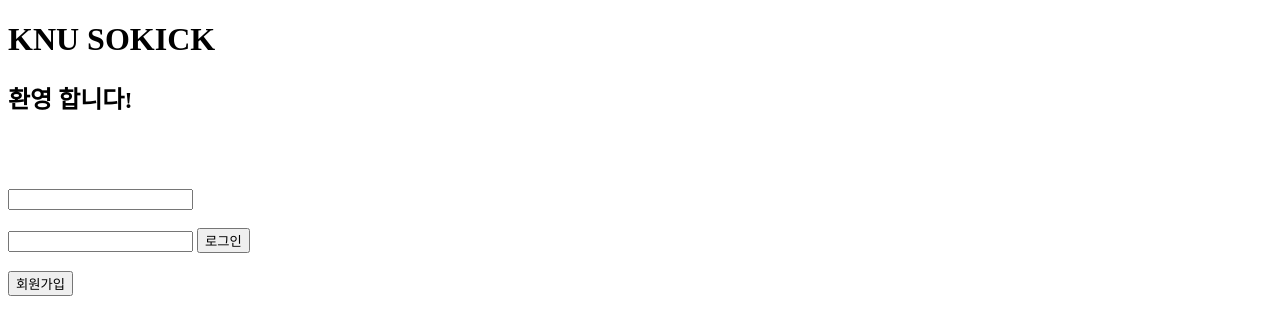
Repository: sangmin95/DB_sokick
Page: http://localhost/SoKick/Login.jsp
An editor plug-in stored every save of this project. The page is shown before and after the next save, followed by the edit.
The browser window is 1280 px wide. The pictures show the whole page.
The page is served by Tomcat 9.

Above is the page before, as saved 2018-12-18 13:10:46.

### SoKick/SoKick/WebContent/Login.jsp
<%@ page language="java"
    contentType="text/html; charset=EUC-KR"
    pageEncoding="EUC-KR"%>
<%
    request.setCharacterEncoding("EUC-KR");
%>
<!DOCTYPE html PUBLIC "-//W3C//DTD HTML 4.01 Transitional//EN" "http://www.w3.org/TR/html4/loose.dtd">
<html>
<head>
<meta http-equiv="Content-Type" content="text/html; charset=EUC-KR">
<title> Login </title>
</head>
<body>

    <%
        // 현재 로그인된 아이디가 없다면 (= session에 저장된 id가 없다면)
        if(session.getAttribute("sid") == null) {
            %>
            <h1> KNU SOKICK </h1>
            <%
            if(session.getAttribute("loginError") == null) {
            %>
            	<h2> 환영 합니다! </h2>
            <%
            }
            else{
            %>
            	<h2> 로그인 실패 : 학번이나 비밀번호는 다시 한번 확인해주세요.</h2>
            <%
            }
            %>
            <br /> <form action="LoginCheck.jsp" method="post">
            <br />
            <br /> <input name="input_id" type="text">
            <br />
            <br /> <input name="input_pw" type="password"> <button> 로그인 </button>
            <br /> </form>
            <br /> <button onClick="location.href='Register.jsp'"> 회원가입 </button>
            <%
        }
        // 현재 로그인된 아이디가 있다면 (= session에 저장된 id가 있다면)
        else {
            out.print(session.getAttribute("sname") + " 님 환영합니다");
            %>
            <br /> <button onClick="location.href='Main.jsp'"> 확인 </button>
            <%
        }
    %>


</body>
</html>

After the next save:
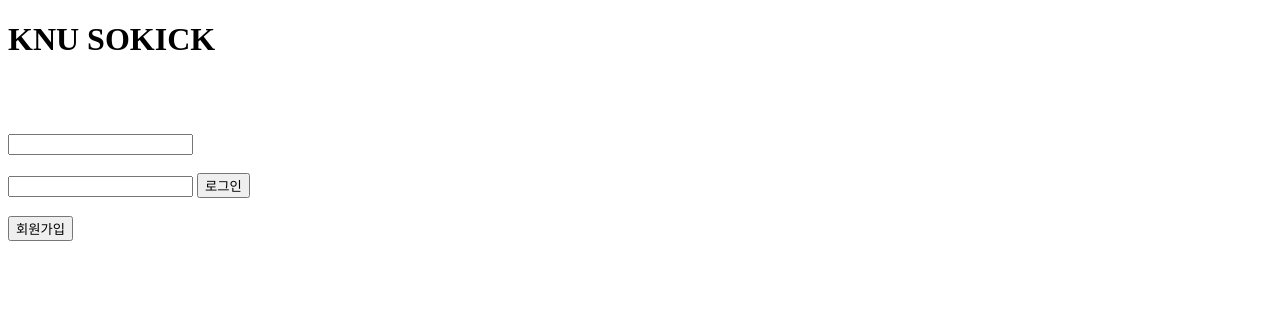
Saved 7 min 14 s later.
--- a/SoKick/SoKick/WebContent/Login.jsp
+++ b/SoKick/SoKick/WebContent/Login.jsp
@@ -17,18 +17,6 @@
         if(session.getAttribute("sid") == null) {
             %>
             <h1> KNU SOKICK </h1>
-            <%
-            if(session.getAttribute("loginError") == null) {
-            %>
-            	<h2> 환영 합니다! </h2>
-            <%
-            }
-            else{
-            %>
-            	<h2> 로그인 실패 : 학번이나 비밀번호는 다시 한번 확인해주세요.</h2>
-            <%
-            }
-            %>
             <br /> <form action="LoginCheck.jsp" method="post">
             <br />
             <br /> <input name="input_id" type="text">
